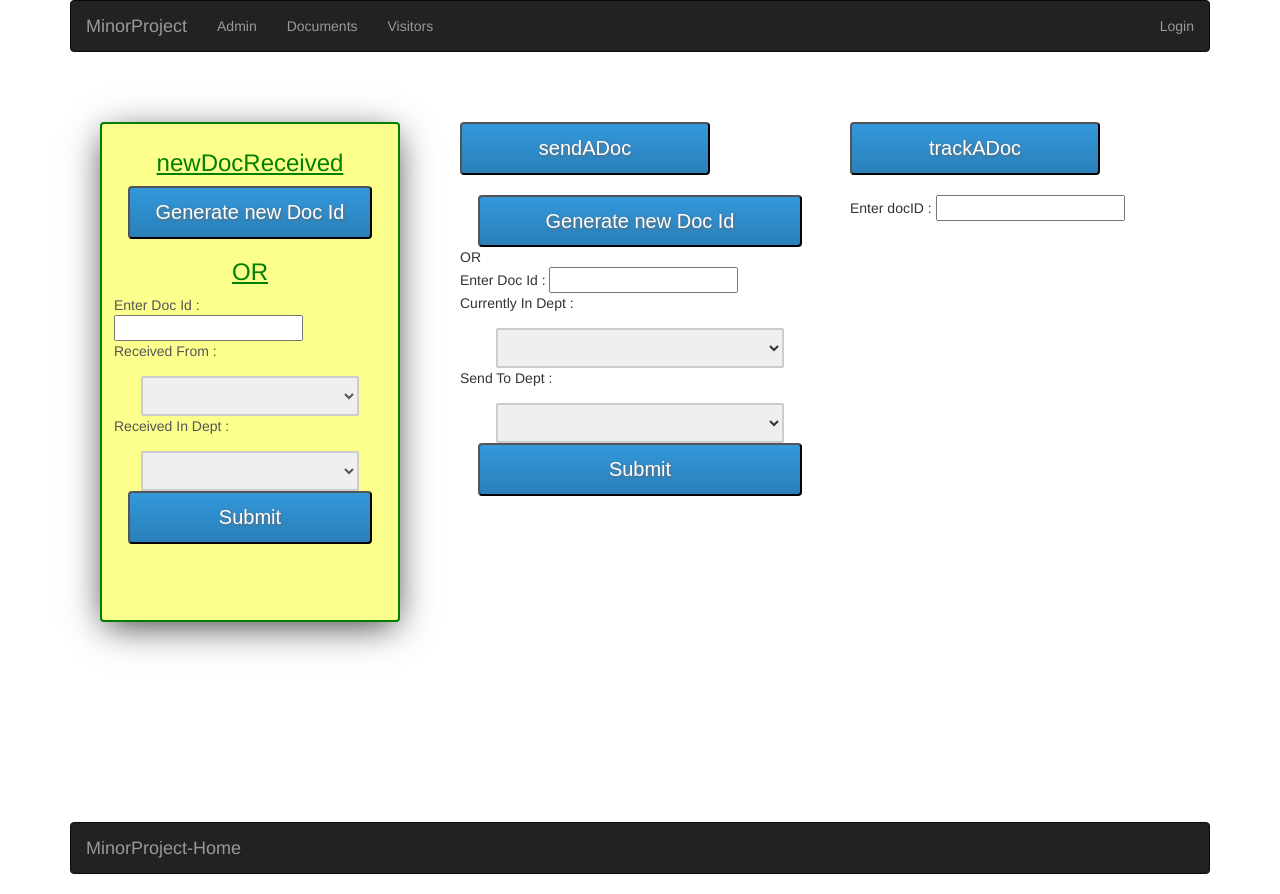
Repository: javaSingh/java
Page: http://localhost/minorProjectWithInder7thSem2/
These files come from the project's save history. The page is drawn as it stood at one moment and after the next save; the edit follows.
The browser window is 1280 px wide. The pictures show the whole page.
Some web libraries are served in a nearby version. The page is served by Tomcat 9.

Above is the page before, as saved 2014-10-21 10:10:35.

After the next save:
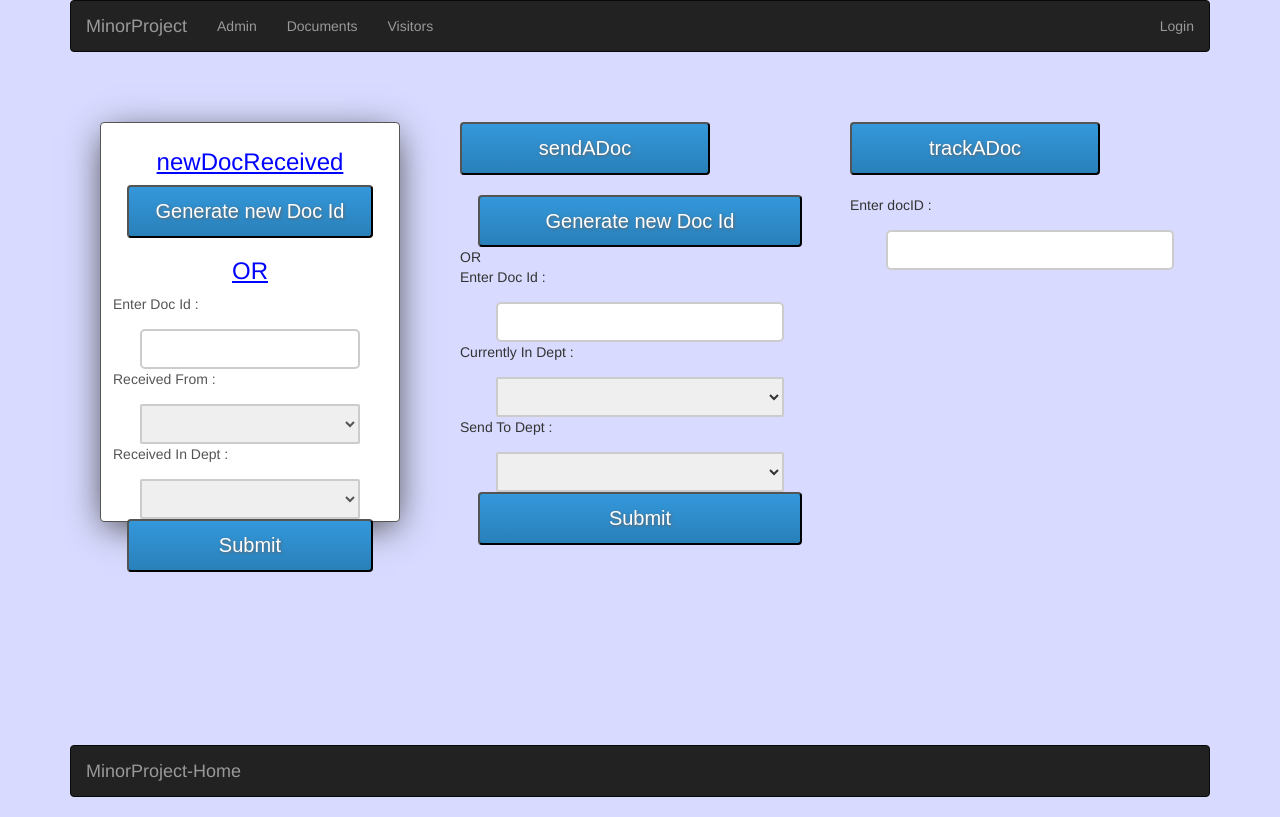
Saved 69 s later.
--- a/workspace/minorProjectWithInder7thSem2/WebContent/css/test.css
+++ b/workspace/minorProjectWithInder7thSem2/WebContent/css/test.css
@@ -1,3 +1,6 @@
+body{
+	background-color:#D8DBFF;
+}
 .message
 {
 
@@ -24,7 +27,7 @@
 
 .loginform h3
 {
-    color:#008000;
+    color:rgba(0, 3, 255, 1);
     text-align:center;
     text-decoration:underline;
 }
@@ -65,11 +68,12 @@
    max-width:300px;
    // border-radius:20px;
 	//left:20%;
-    border:2px solid green;
-	width:90%;
+    border:1.5px solid;
+	width:100%;
 	//position: absolute;
-    height:500px;
-	background-color:rgba(252, 255, 140, 1);
+    height:400px;
+	background-color:;
+	margin-bottom:20px;
 
 
 }
@@ -81,6 +85,44 @@
 
 
 
+
+[type=number]
+{
+
+
+font-size:20px;
+
+  margin-top:15px;
+
+  margin-left:10%;
+
+ // position:fixed;
+
+
+margin-top: 15px;
+top:10px;
+
+
+
+ width:80%;
+
+
+height:40px;
+
+
+
+  padding:5px;
+
+  border:2px solid #ccc;
+
+//-webkit-border-radius: 50px;
+
+border-radius: 5px;
+
+/* margin-bottom:-30px; */
+
+
+}
 
 
 select
